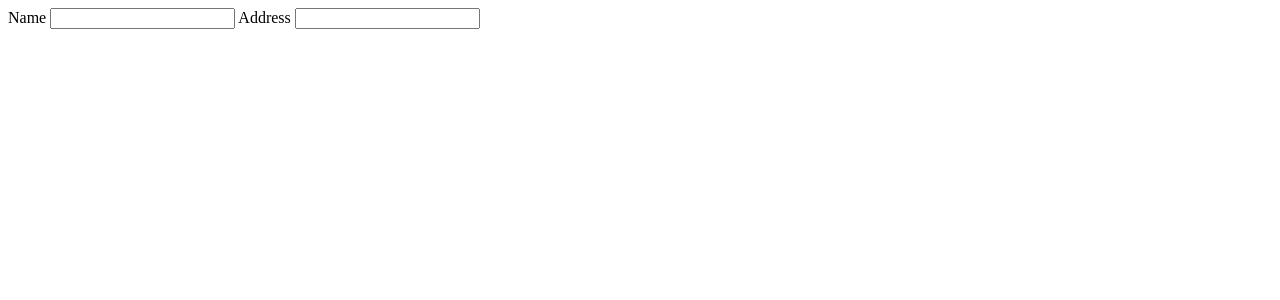
Repository: vrishikesh/go-server
Page: static/form.html
These files come from the project's save history. The page is drawn as it stood at one moment and after the next save; the edit follows.
The browser window is 1280 px wide. The pictures show the whole page.

Above is the page before, as saved 2022-11-25 17:36:22.

After the next save:
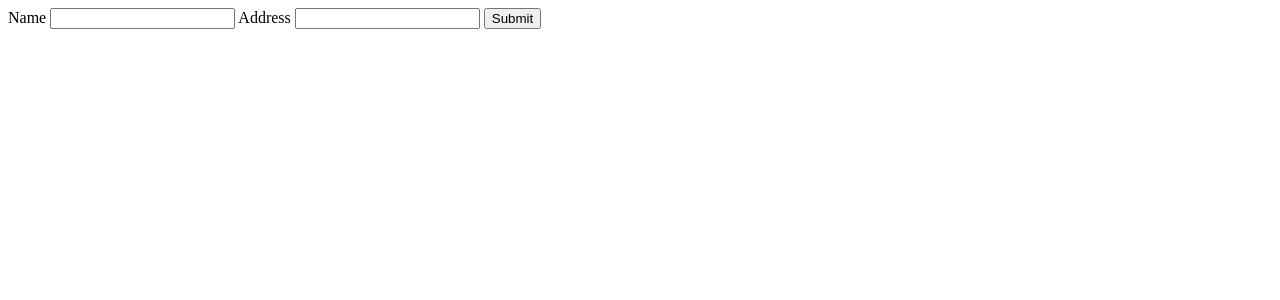
Saved 67 min 17 s later.
--- a/static/form.html
+++ b/static/form.html
@@ -14,6 +14,8 @@
 
         <label for="address">Address</label>
         <input type="text" name="address" id="address" />
+
+        <button type="submit">Submit</button>
       </form>
     </div>
   </body>
